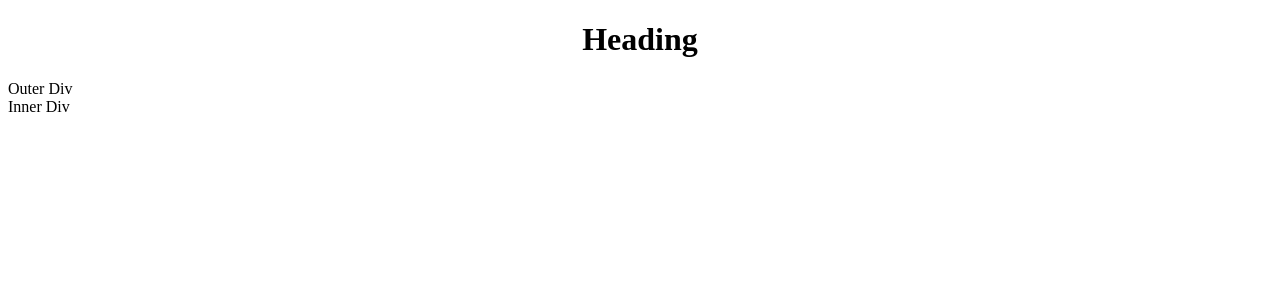
Repository: nihalani20/CSS-by-KG
Page: Practice set/indx.html
An editor plug-in stored every save of this project. The page is shown before and after a run of saves, followed by the edit.
The browser window is 1280 px wide. The pictures show the whole page.

Above is the page before, as saved 2023-11-25 15:21:16.

### Practice set/indx.html
<!DOCTYPE html>
<html lang="en">
<head>
    <meta charset="UTF-8">
    <meta name="viewport" content="width=device-width, initial-scale=1.0">
    <title>Practice set Level 3</title>

    <style>
      .heading{
        text-transform: capitalize;
        text-align: center;
        font-family: 'Times New Roman', Times, serif;
      }
     #outer{

     }


    </style>
</head>
<body>

    <h1 class="heading">Heading</h1>
    <div id="outer">Outer Div
<div id = "inner"> Inner Div</div>
    </div>


</body>
</html>

After the next 5 saves:
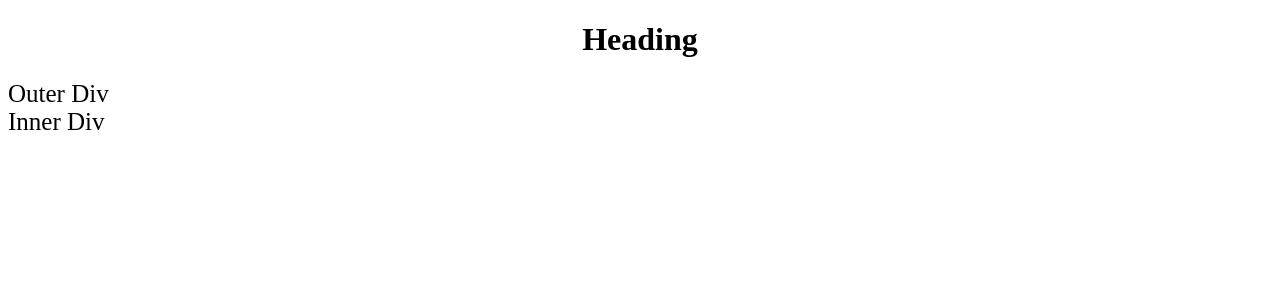
The 5 saves are shown as one change because they came seconds apart.
The last was saved 24 s later.
--- a/Practice set/indx.html
+++ b/Practice set/indx.html
@@ -12,8 +12,9 @@
         font-family: 'Times New Roman', Times, serif;
       }
      #outer{
+        font-size: 25px;
+     }
 
-     }
 
 
     </style>
